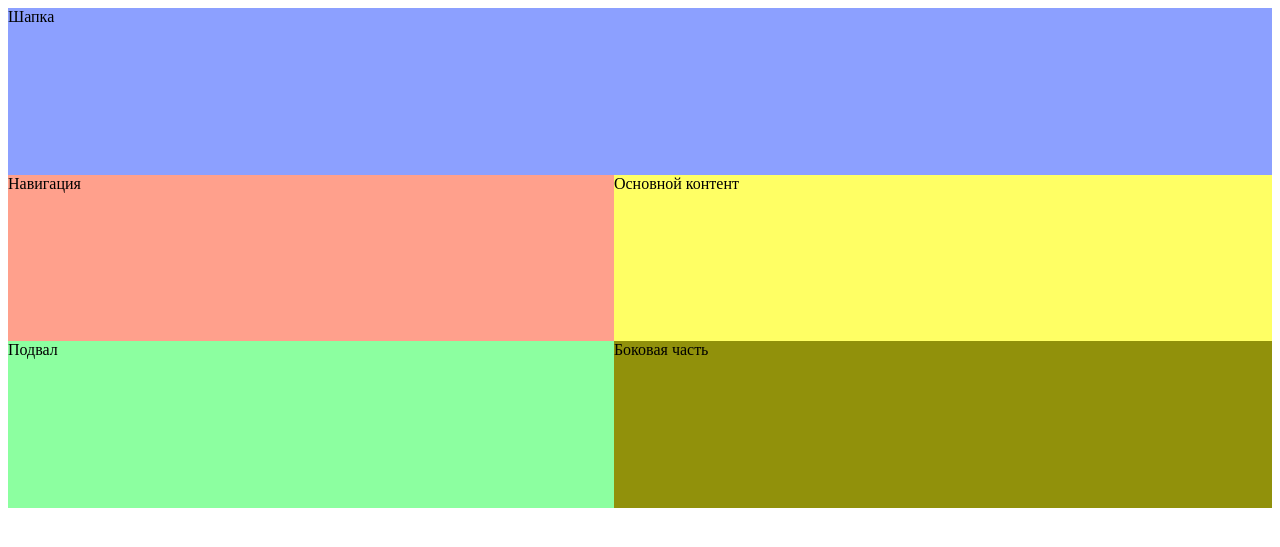
Repository: IrinaGetmanenko/week6
Page: tables.html
The author's editor kept a copy of each file at every save. The page is drawn from the files as they stood at one save, then again after the next save.
The browser window is 1280 px wide. The pictures show the whole page.

Above is the page before, as saved 2022-09-02 13:31:58.

### tables.html
<!DOCTYPE html>
<html lang="en">
<head>
    <meta charset="UTF-8">
    <meta http-equiv="X-UA-Compatible" content="IE=edge">
    <meta name="viewport" content="width=device-width, initial-scale=1.0">
    <title>Document</title>
</head>
<style>




.page {
  display: grid;
  width: 100%;
  height: 500px;
  grid-template-areas: "head head"
                       "nav main "
                       "foot aside";
  grid-template-rows: 50px 1fr 30 px;
  grid-template-columns: repeat(3,1 fr);
}

.page > header {
  grid-area: head;
  background-color: #8ca0ff;
}

.page > nav {
  grid-area: nav;
  background-color: #ffa08c;
}

.page > main {
  grid-area: main;
  background-color: #ffff64;
}

.page > aside {
  grid-area: aside;
  background-color: #91910b;
}

.page > footer {
  grid-area: foot;
  background-color: #8cffa0;
}



</style>
<body>


    <div class="page">
        <header>Шапка</header>
        <nav>Навигация</nav>
        <main>Основной контент</main>
        <aside>Боковая часть</aside>
        <footer>Подвал</footer>
      </div>




</body>
</html>

After the next save:
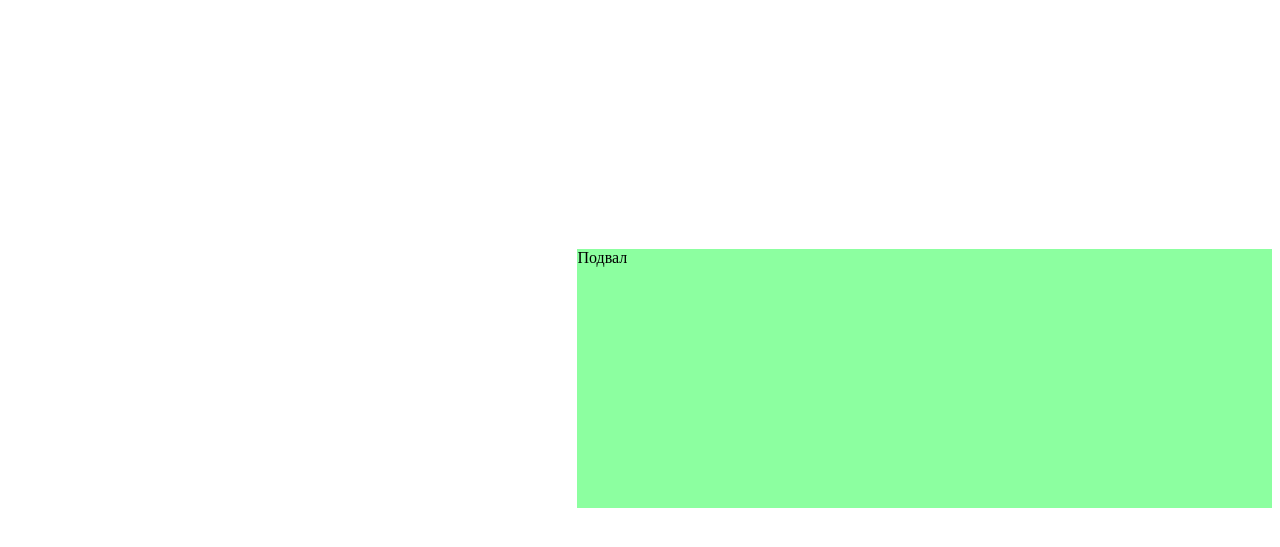
Saved 18 s later.
--- a/tables.html
+++ b/tables.html
@@ -17,7 +17,8 @@
   height: 500px;
   grid-template-areas: "head head"
                        "nav main "
-                       "foot aside";
+                       "foot aside"
+                       "aside";
   grid-template-rows: 50px 1fr 30 px;
   grid-template-columns: repeat(3,1 fr);
 }

After the save that followed:
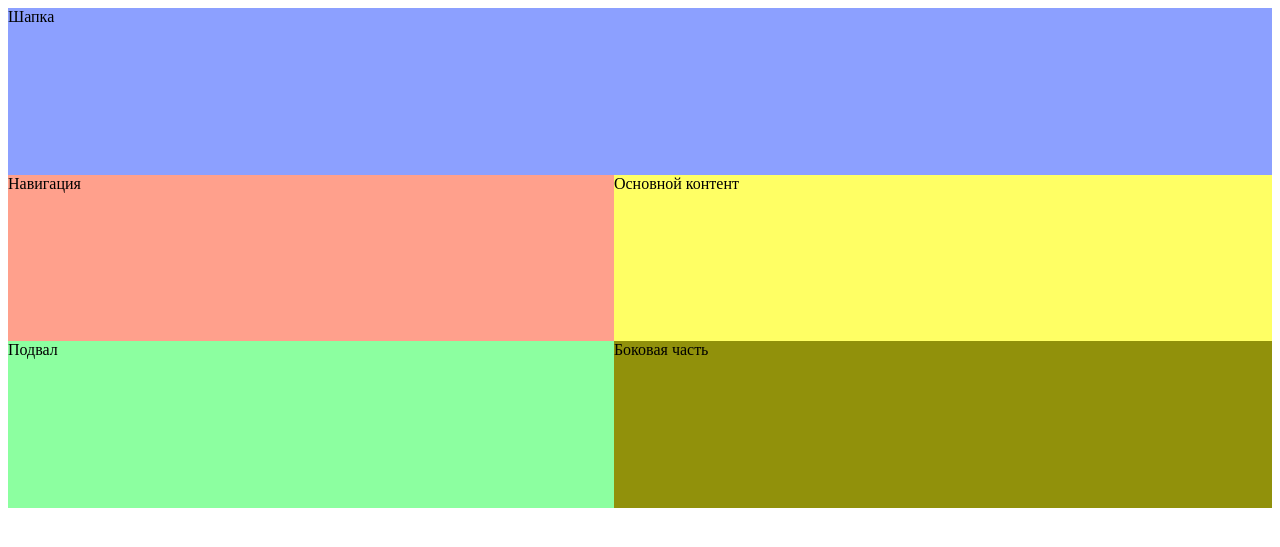
Saved 6 s later.
--- a/tables.html
+++ b/tables.html
@@ -18,7 +18,7 @@
   grid-template-areas: "head head"
                        "nav main "
                        "foot aside"
-                       "aside";
+                      ;
   grid-template-rows: 50px 1fr 30 px;
   grid-template-columns: repeat(3,1 fr);
 }
